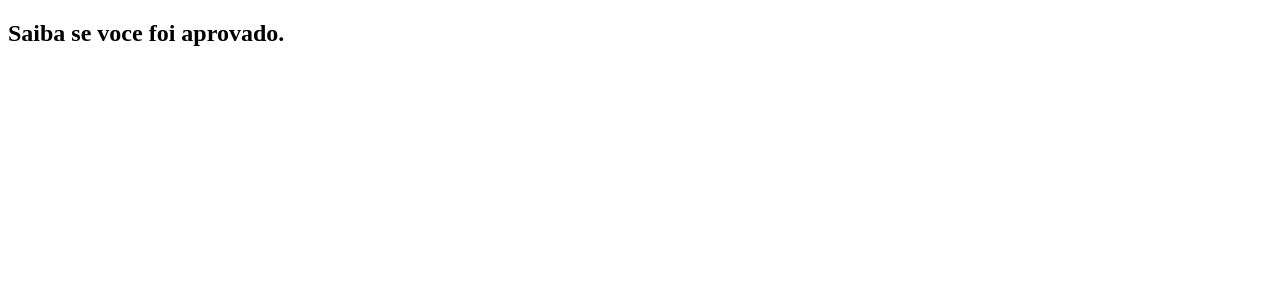
Repository: analessp/logica1
Page: index.html
These files come from the project's save history. The page is drawn as it stood at one moment and after a run of saves; the edit follows.
The browser window is 1280 px wide. The pictures show the whole page.

Above is the page before, as saved 2025-04-30 08:46:46.
Console error: SyntaxError: Illegal return statement

After the next 3 saves:
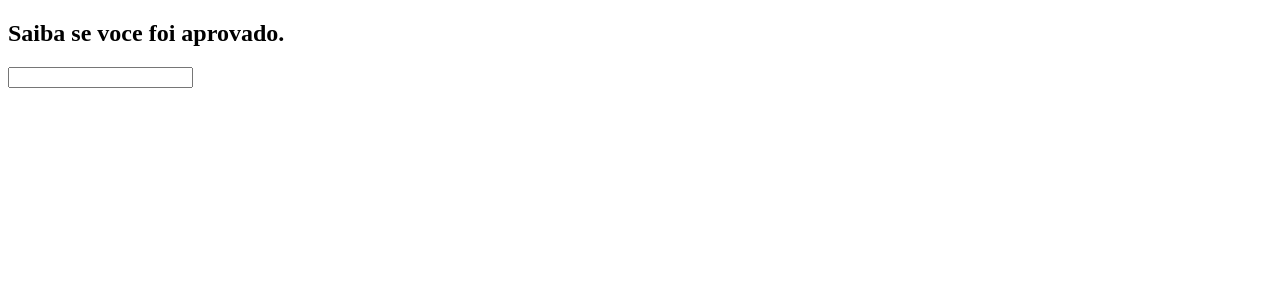
The error is gone.
The 3 saves are shown as one change because they came seconds apart.
The last was saved 13 s later.
--- a/index.html
+++ b/index.html
@@ -7,7 +7,7 @@
 </head>
 <body>
     <h2>Saiba se voce foi aprovado.</h2>
-
+    <input type="text"
     <script src="app.js"></script>
 </body>
 </html>
